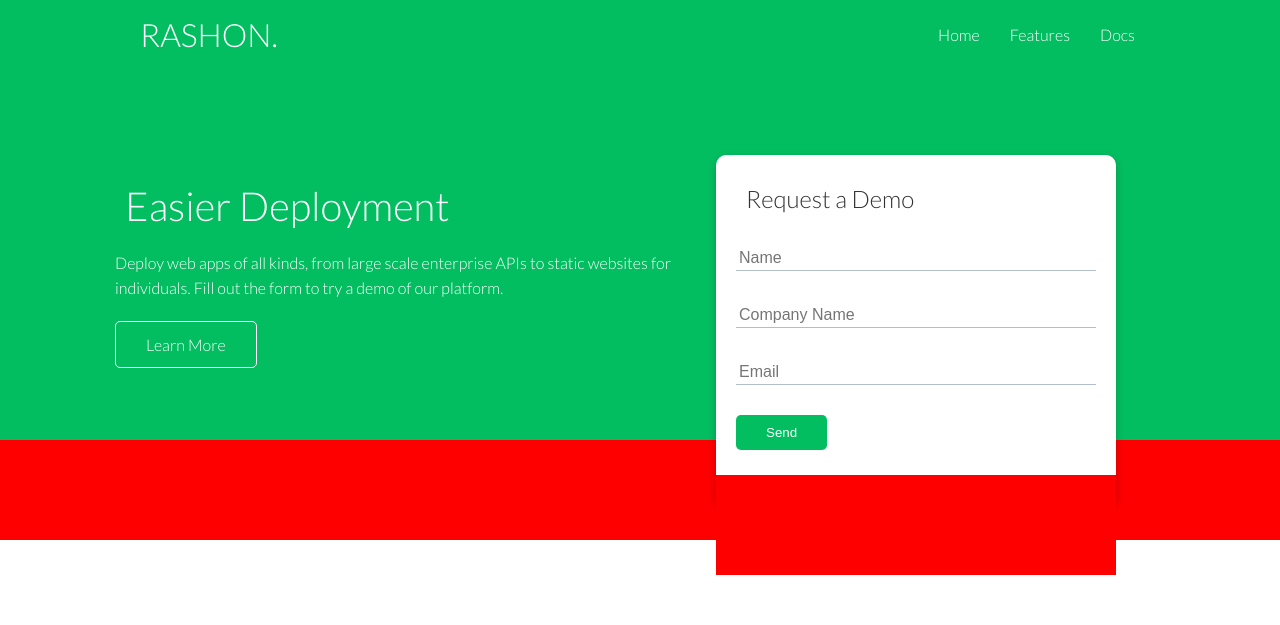
Repository: Skilis/website-modern
Page: index.html
The author's editor kept a copy of each file at every save. The page is drawn from the files as they stood at one save, then again after the next save.
The browser window is 1280 px wide. The pictures show the whole page.

Above is the page before, as saved 2020-10-23 13:58:43.

After the next save:
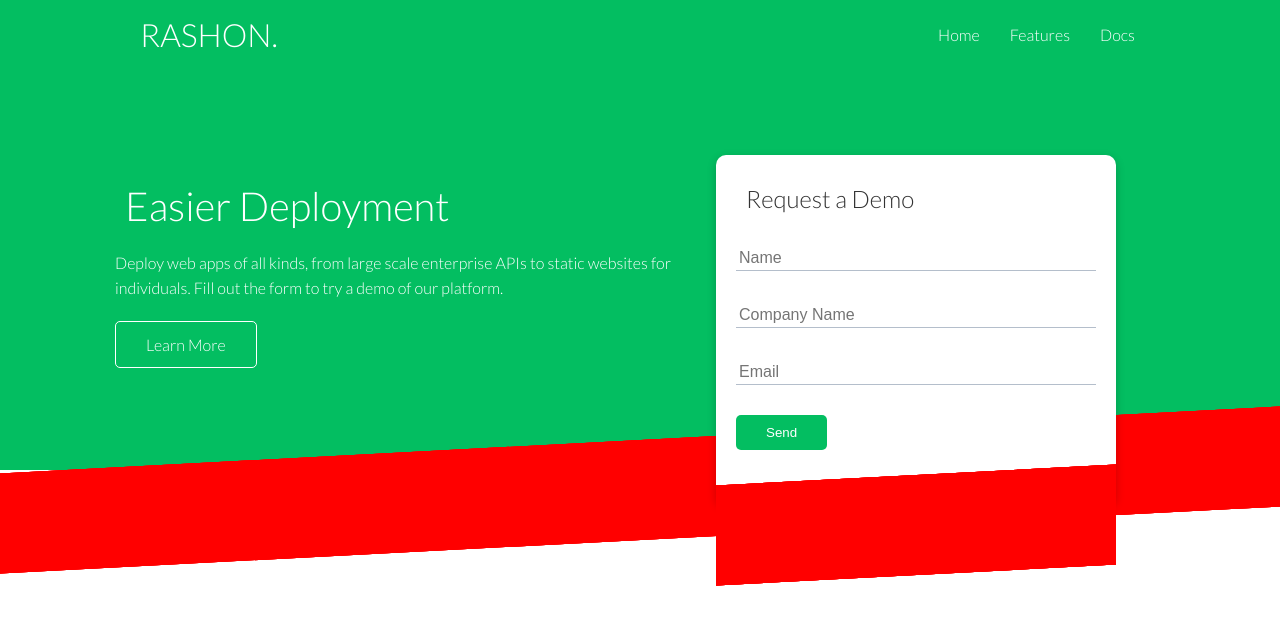
Saved 23 s later.
--- a/css/style.css
+++ b/css/style.css
@@ -124,7 +124,7 @@
   right: 0;
   left: 0;
   background: red;
-  transform: skewY();
+  transform: skewY(-3deg);
 }
 
 /* Utilities*/
